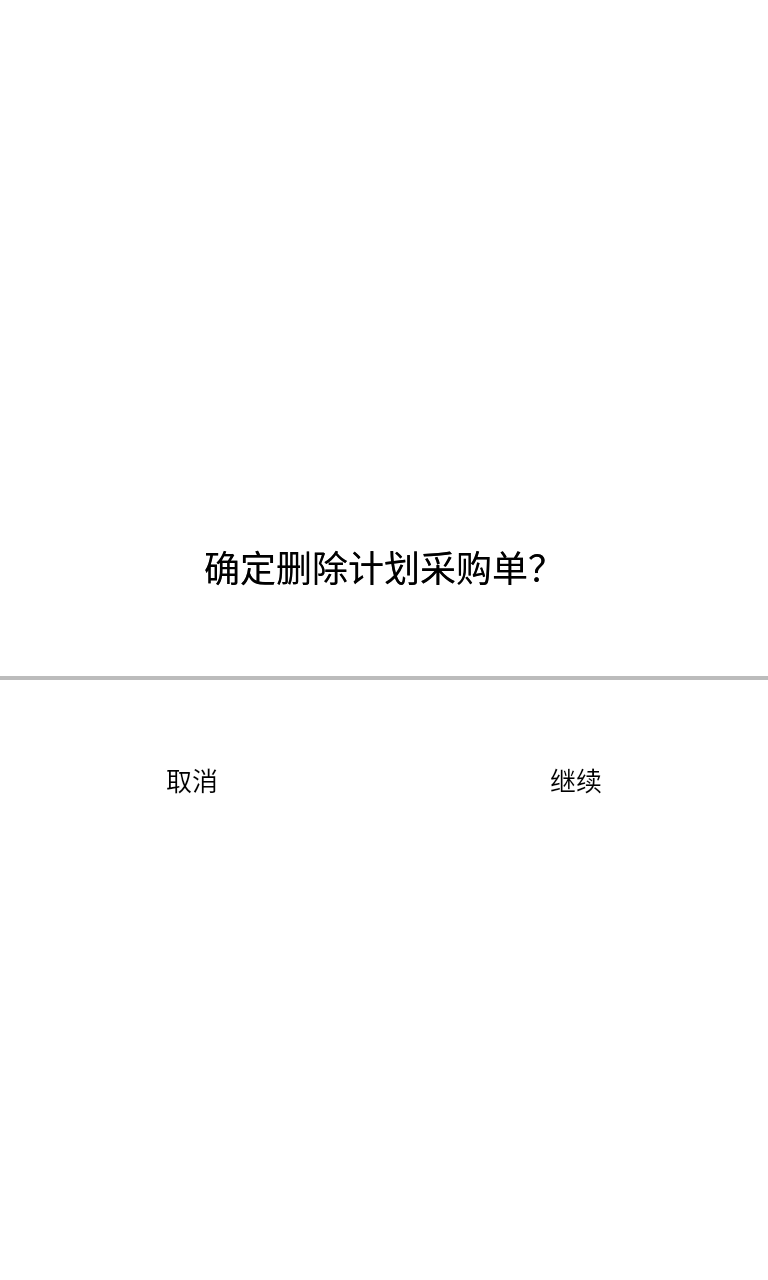
Repository: longxuep/ync
Layout: ync/Test/res/layout/view_dialog.xml
The author's editor kept a copy of each file at every save. The layout is drawn from the files as they stood at one save, then again after the next save.
It is drawn on a 768 x 1280 px phone screen (xhdpi) without system bars, with theme AppTheme; the app's code is not run.

Above is the layout before, as saved 2016-08-08 06:43:46.

After the next save:
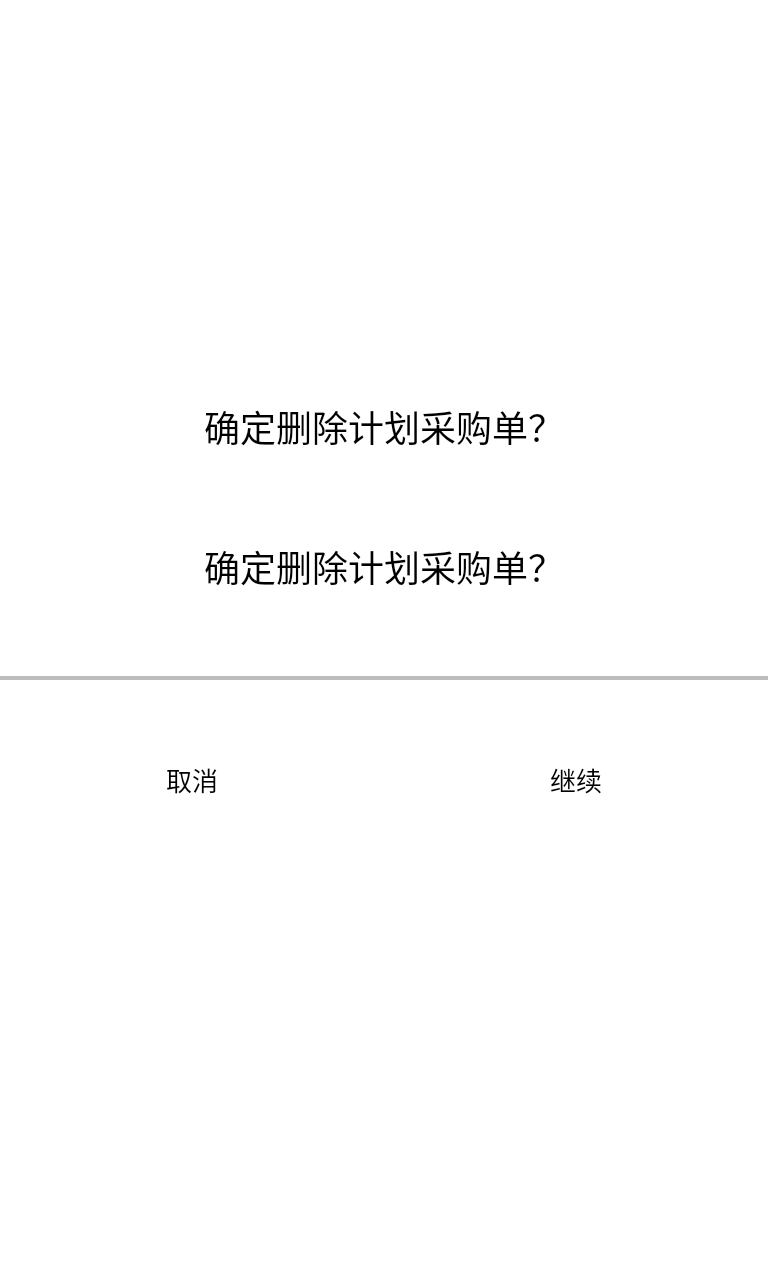
Saved 7 s later.
--- a/ync/Test/res/layout/view_dialog.xml
+++ b/ync/Test/res/layout/view_dialog.xml
@@ -18,7 +18,6 @@
             android:id="@+id/dialog_title"
             android:layout_width="wrap_content"
             android:layout_height="wrap_content"
-            android:layout_marginTop="70dp"
             android:layout_centerHorizontal="true"
             android:gravity="center"
             android:text="确定删除计划采购单？"
